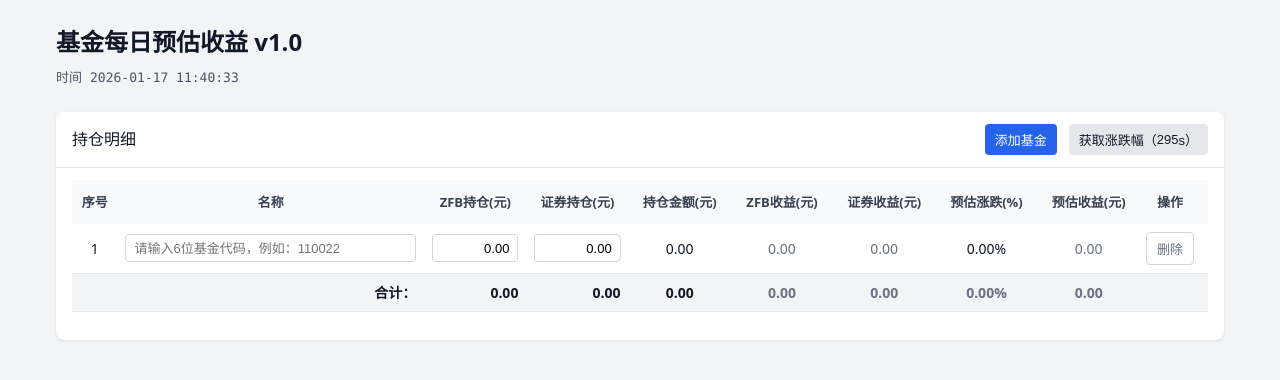
Repository: zt-boom/finance
Page: index.html
An editor plug-in stored every save of this project. The page is shown before and after the next save, followed by the edit.
The browser window is 1280 px wide. The pictures show the whole page.

Above is the page before, as saved 2026-01-18 00:00:24.

After the next save:
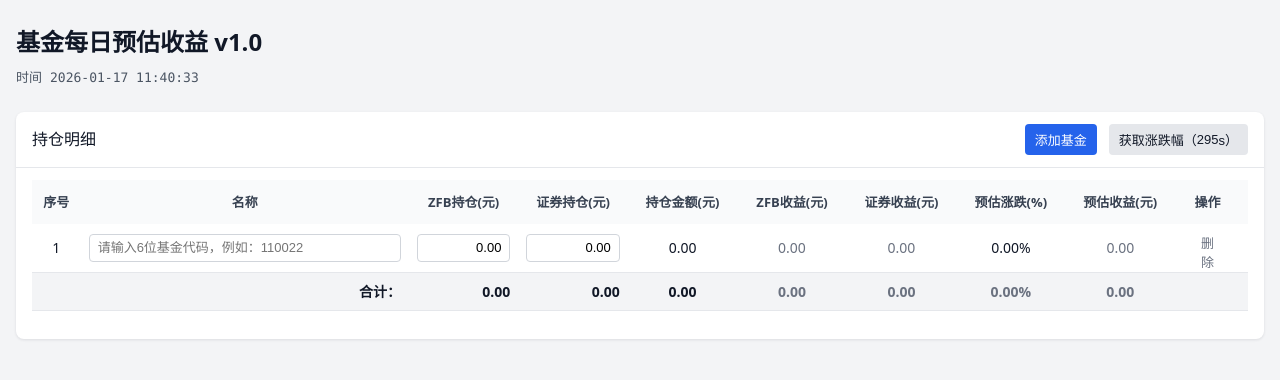
Saved 6 min 35 s later.
--- a/style.css
+++ b/style.css
@@ -12,7 +12,7 @@ line-height: 1.5;
 }
 
 .app {
-max-width: 1200px;
+ max-width: 1400px;
 margin: 0 auto;
 padding: 24px 16px 40px;
 }
@@ -304,14 +304,37 @@ background-color: #d1d5db;
 .danger-button {
  background-color: transparent;
  color: #6b7280;
- border: 1px solid #d1d5db;
-margin: 0 auto;
+ border: none;
+ margin: 0 auto;
+ width: 24px;
+ height: 24px;
+ border-radius: 9999px;
+ display: inline-flex;
+ align-items: center;
+ justify-content: center;
 }
 
 .danger-button:hover {
  background-color: #fee2e2;
  color: #b91c1c;
- border-color: #fecaca;
+}
+
+.icon-button {
+ width: 24px;
+ height: 24px;
+ border-radius: 9999px;
+ border: none;
+ cursor: pointer;
+ font-size: 12px;
+ display: inline-flex;
+ align-items: center;
+ justify-content: center;
+ background-color: transparent;
+ color: #6b7280;
+}
+
+.icon-button:hover {
+ background-color: #e5e7eb;
 }
 
 .actions-row {
